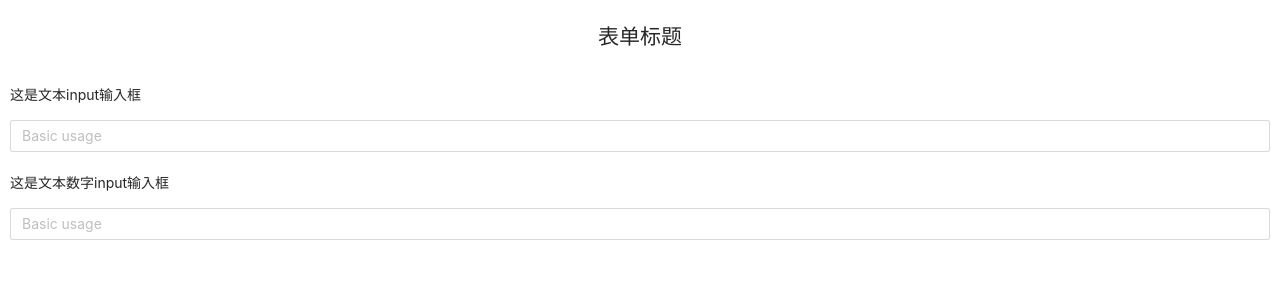
Repository: yangdi1993/form
Page: /
These files come from the project's save history. The page is drawn as it stood at one moment and after the next save; the edit follows.
The browser window is 1280 px wide. The pictures show the whole page.
The project was rebuilt for these pictures with package versions that can differ from the ones it lists, and the page was loaded fresh each time.

Above is the page before, as saved 2020-04-01 12:30:20.

### src/App.js
import React from 'react';
import './App.scss';
import { Input ,InputNumber} from 'antd';
const App = () => (
  <div className="App">
    <div className="form-head">
      <h2>表单标题</h2>
    </div>
    <div className="question-list">
      <div className="question-cell">
        <p className="input-title">这是文本input输入框</p>
        <Input placeholder="Basic usage" />
      </div>
      <div className="question-cell">
        <p className="numinput-title">这是文本数字input输入框</p>
        <Input placeholder="Basic usage" />
      </div>
    </div>
    <div className="form-submit">
    </div>
  </div>
);

export default App;

### src/App.scss
@import '~antd/dist/antd.css';
.App {
  text-align: left;
}
.ar-App {
  direction: rtl;
  unicode-bidi: isolate
}
.form-head{
  text-align: center;
  padding: 20px;
}
.question-list{
  padding: 0 10px;
  .question-cell{
    margin-bottom: 20px;
  }
  .input-title{

  }
}

Loaded but not shown: public/index.html (common file); src/index.js (common file); src/index.css (common file); src/serviceWorker.js (common file)

After the next save:
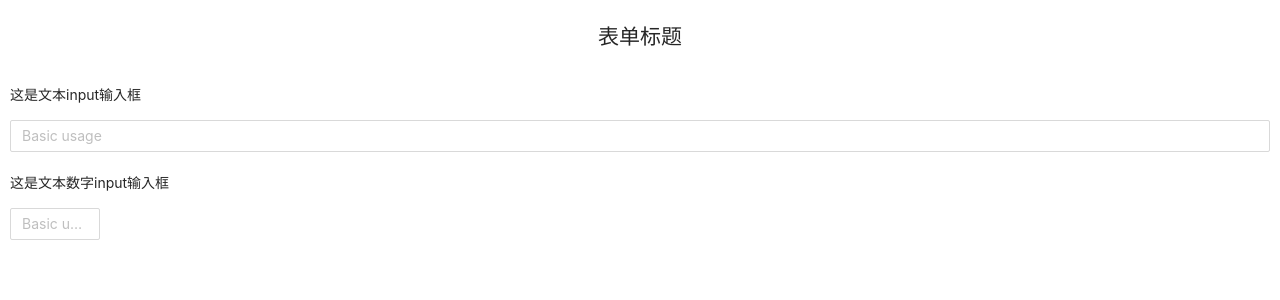
Saved 5 s later.
--- a/src/App.js
+++ b/src/App.js
@@ -13,7 +13,7 @@ const App = () => (
       </div>
       <div className="question-cell">
         <p className="numinput-title">这是文本数字input输入框</p>
-        <Input placeholder="Basic usage" />
+        <InputNumber placeholder="Basic usage" />
       </div>
     </div>
     <div className="form-submit">
